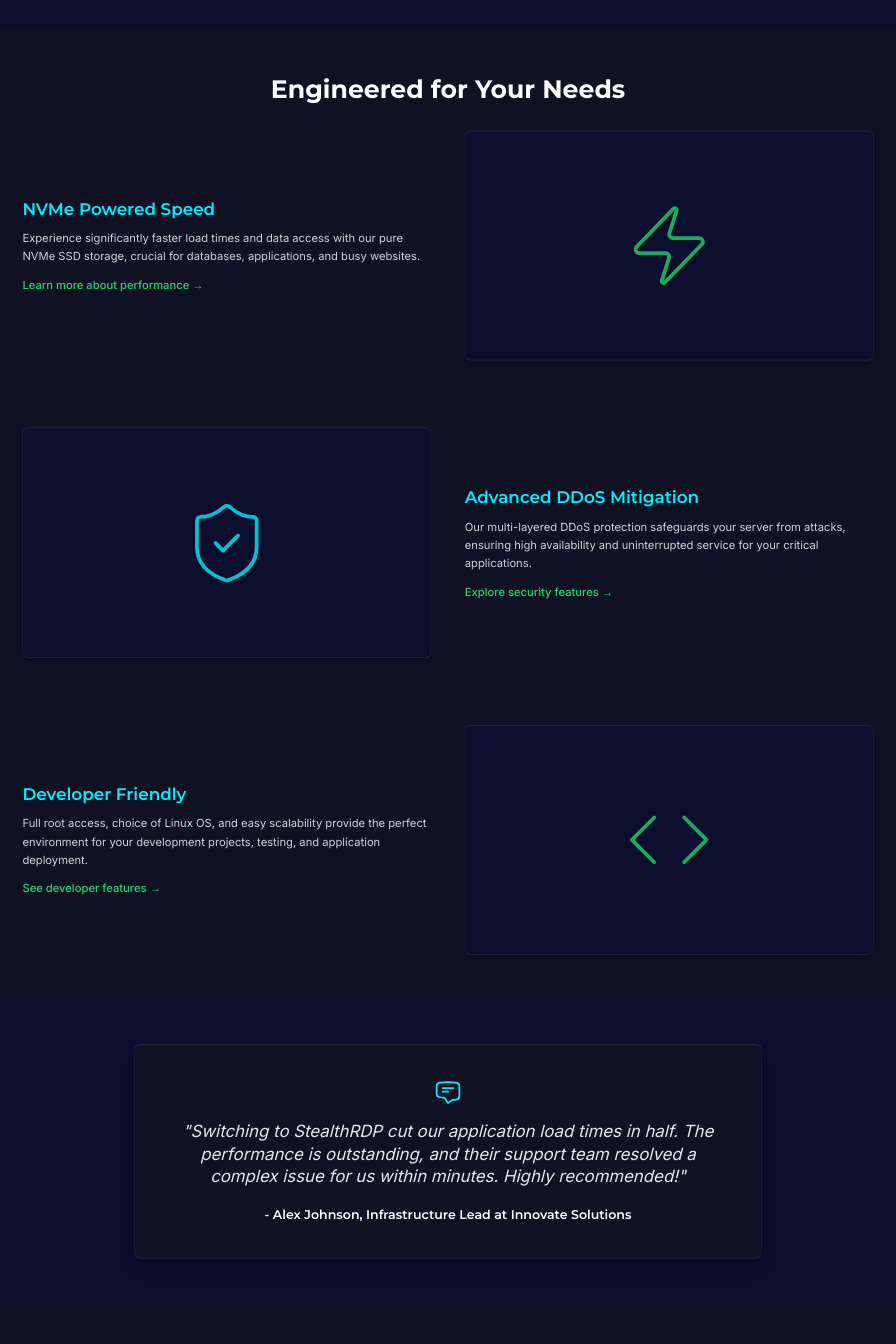
Repository: Husnainn01/stealthrdp2
Page: /
An editor plug-in stored every save of this project. The page is shown before and after the next save, followed by the edit.
The browser window is 1280 px wide. The pictures show the part of the page from y = 1837 to 3757 px (the page is 4638 px tall before and 4403 px after), at 70% of full size.
The project was rebuilt for these pictures with package versions that can differ from the ones it lists, and the page was loaded fresh each time. Also part of the build but not shown: vite.config.ts, src/components/ui/tooltip.tsx, src/components/ui/accordion.tsx, src/pages/FAQ.tsx, src/components/ui/card.tsx, src/components/ui/tabs.tsx, src/pages/Plans.tsx, src/pages/Features.tsx and 1 more.

Above is the page before, as saved 2025-05-05 23:30:48.

After the next save:
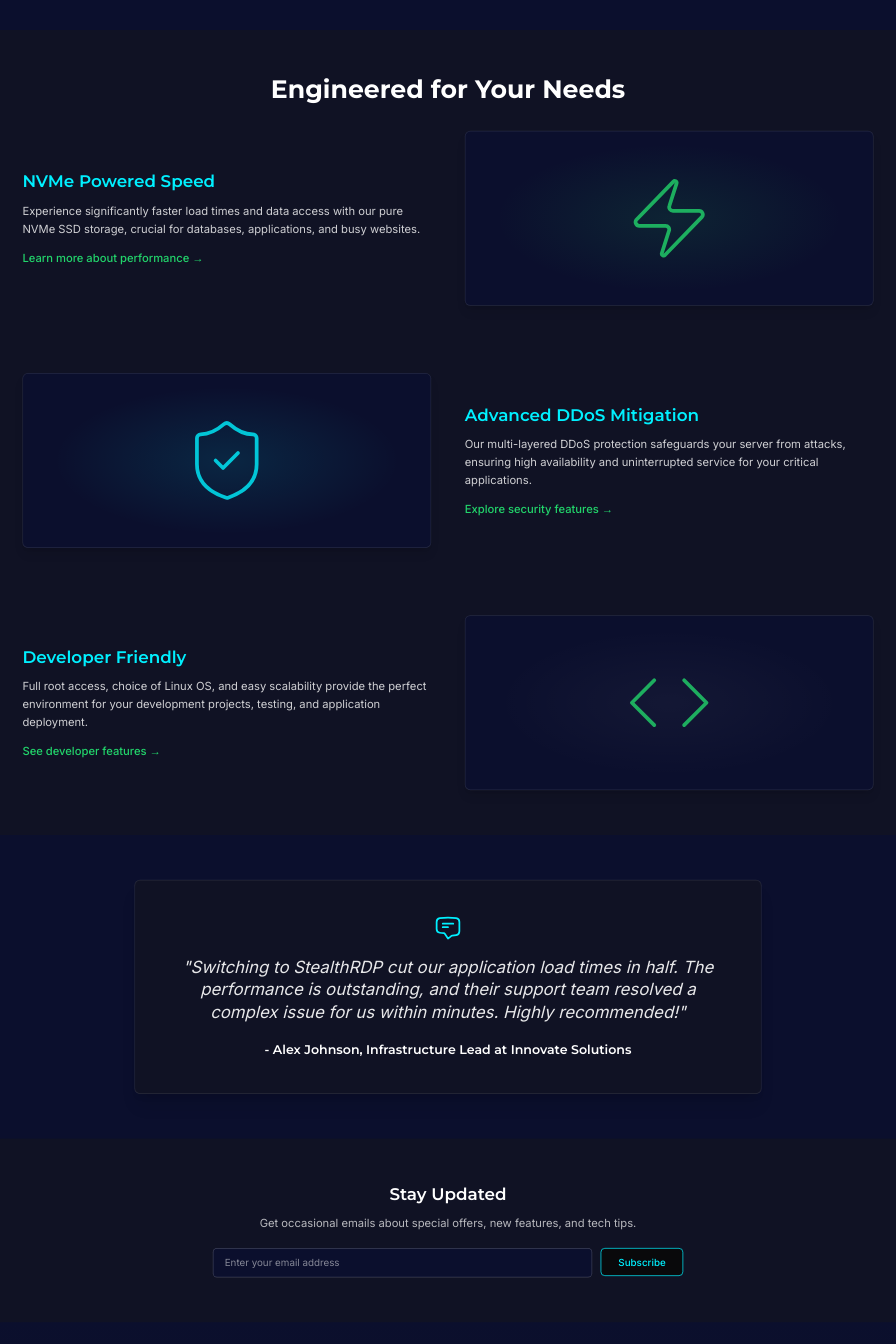
Saved 71 s later.
--- a/src/pages/Index.tsx
+++ b/src/pages/Index.tsx
@@ -199,9 +199,11 @@
           </h2>
 
           {/* Feature Row 1: Performance */}
-          <div className="grid grid-cols-1 md:grid-cols-2 gap-12 items-center mb-16 md:mb-24">
-            <div className="md:order-2 flex justify-center items-center p-8 bg-midnight rounded-lg aspect-video border border-white/10 shadow-lg">
-              <Zap className="h-24 w-24 md:h-32 md:w-32 text-cyber opacity-80" strokeWidth={1} />
+          <div className="grid grid-cols-1 md:grid-cols-2 gap-12 items-center mb-16 md:mb-24 transform transition-transform duration-300 ease-in-out hover:scale-[1.02]">
+            <div className="md:order-2 flex justify-center items-center p-8 bg-midnight rounded-lg border border-white/10 shadow-lg relative overflow-hidden min-h-[250px]">
+              {/* Gradient Background */}
+              <div className="absolute inset-0 bg-[radial-gradient(ellipse_at_center,rgba(34,212,107,0.15)_0%,transparent_60%)] opacity-70"></div>
+              <Zap className="h-24 w-24 md:h-32 md:w-32 text-cyber opacity-80 z-10" strokeWidth={1} />
             </div>
             <div className="md:order-1">
               <h3 className="text-2xl font-semibold font-montserrat text-electric mb-3">NVMe Powered Speed</h3>
@@ -213,9 +215,11 @@
           </div>
 
           {/* Feature Row 2: Security */}
-          <div className="grid grid-cols-1 md:grid-cols-2 gap-12 items-center">
-            <div className="flex justify-center items-center p-8 bg-midnight rounded-lg aspect-video border border-white/10 shadow-lg">
-              <ShieldCheck className="h-24 w-24 md:h-32 md:w-32 text-electric opacity-80" strokeWidth={1} />
+          <div className="grid grid-cols-1 md:grid-cols-2 gap-12 items-center mt-16 md:mb-24 transform transition-transform duration-300 ease-in-out hover:scale-[1.02]">
+            <div className="flex justify-center items-center p-8 bg-midnight rounded-lg border border-white/10 shadow-lg relative overflow-hidden min-h-[250px]">
+              {/* Gradient Background */}
+              <div className="absolute inset-0 bg-[radial-gradient(ellipse_at_center,rgba(0,240,255,0.15)_0%,transparent_60%)] opacity-70"></div>
+              <ShieldCheck className="h-24 w-24 md:h-32 md:w-32 text-electric opacity-80 z-10" strokeWidth={1} />
             </div>
             <div>
               <h3 className="text-2xl font-semibold font-montserrat text-electric mb-3">Advanced DDoS Mitigation</h3>
@@ -227,9 +231,11 @@
           </div>
 
           {/* NEW Feature Row 3: Developer Focus */}
-          <div className="grid grid-cols-1 md:grid-cols-2 gap-12 items-center mt-16 md:mt-24">
-             <div className="md:order-2 flex justify-center items-center p-8 bg-midnight rounded-lg aspect-video border border-white/10 shadow-lg">
-               <Code size={16} className="h-24 w-24 md:h-32 md:w-32 text-cyber opacity-80" strokeWidth={1} />
+          <div className="grid grid-cols-1 md:grid-cols-2 gap-12 items-center mt-16 md:mt-24 transform transition-transform duration-300 ease-in-out hover:scale-[1.02]">
+             <div className="md:order-2 flex justify-center items-center p-8 bg-midnight rounded-lg border border-white/10 shadow-lg relative overflow-hidden min-h-[250px]">
+               {/* Gradient Background */}
+               <div className="absolute inset-0 bg-[radial-gradient(ellipse_at_center,rgba(255,255,255,0.05)_0%,transparent_60%)] opacity-70"></div>
+               <Code className="h-24 w-24 md:h-32 md:w-32 text-cyber opacity-80 z-10" strokeWidth={1} />
              </div>
              <div className="md:order-1">
                <h3 className="text-2xl font-semibold font-montserrat text-electric mb-3">Developer Friendly</h3>
